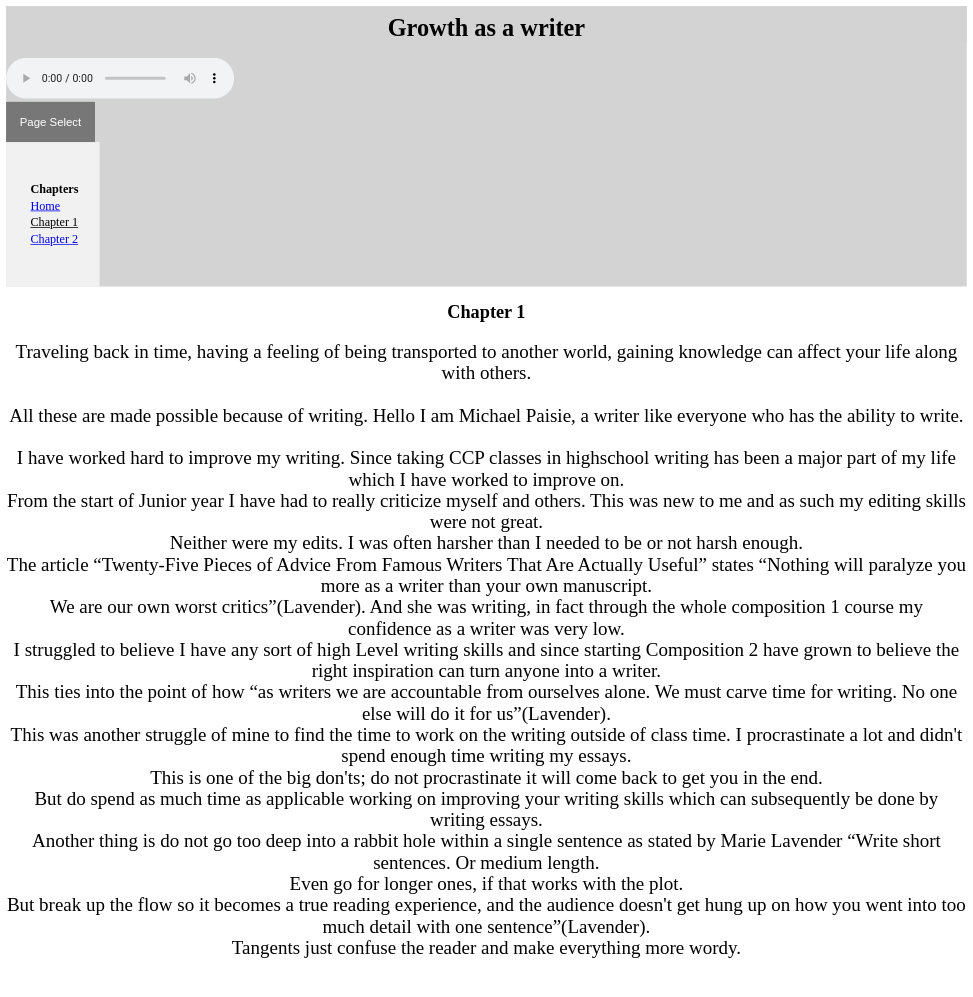
Repository: jpaisiem/WP-4
Page: Chapter1.html
An editor plug-in stored every save of this project. The page is shown before and after a run of saves, followed by the edit.
The browser window is 1280 px wide. The pictures show the whole page, at 76% of full size.

Above is the page before, as saved 2025-05-01 11:37:02.
Console error: TypeError: Cannot read properties of undefined (reading 'toggle')

### Chapter1.html
<!DOCTYPE html>
<html>
<head>
<meta name="viewport" content="width=device-width, initial-scale=1">
<style>
.collapsible {
  background-color: #777;
  color: white;
  cursor: pointer;
  padding: 18px;
  width: fit-content;
  border: none;
  text-align: left;
  outline: none;
  font-size: 15px;
}

.active, .collapsible:hover {
  background-color: #555;
}

.content {
  display: flex;
  flex-direction: column;
  overflow: hidden;
  background-color: #f1f1f1;
  width: fit-content;
  height: fit-content;
  padding-left: 2.3%;
  padding-right: 2%;
}
p
{
 font-size: 25px;
}
</style>
<title>Growth as a writer - Chapter 1</title>
</head>
<body>
    <div style="background-color: lightgray; display: flex; flex-direction: column; margin-top: 0%;">
        <h1 style="text-align: center; background-color: lightgray; padding-top: 10px; margin-top: 0%;">Growth as a writer</h1>
         <div style="align-items: center;">
        <audio controls>
            <source src="audio.mp3" type="audio/mpeg">
        </audio>
        </div>
<button type="button" class="collapsible">Page Select</button>
<div class="content">
  <p><table>
    <tr>
        <th>Chapters</th>
    </tr>
    <tr>
        <td><a href="index.html">Home</a></td>
    </tr>
    <tr>
        <td><a href="Chapter1.html" style="color: black;">Chapter 1</a></td>
    </tr>
     <tr>
        <td><a href="Chapter2.html">Chapter 2</a></td>
    </tr>
  </table></p>
</div>
    </div>
<div style="text-align: center;">
     <h2 style="text-align: center;">Chapter 1</h2>
     <p>Traveling back in time, having a feeling of being transported to another world, gaining knowledge can affect your life along with others. <br><br>
      All these are made possible because of writing. Hello I am Michael Paisie, a writer like everyone who has the ability to write. <br><br>
      I have worked hard to improve my writing. Since taking CCP classes in highschool writing has been a major part of my life which I have worked to improve on. <br>
      From the start of Junior year I have had to really criticize myself and others. This was new to me and as such my editing skills were not great. <br>
      Neither were my edits. I was often harsher than I needed to be or not harsh enough. <br>
      The article <q>Twenty-Five Pieces of Advice From Famous Writers That Are Actually Useful</q> states <q>Nothing will paralyze you more as  a writer than your own manuscript. <br>
      We are our own worst critics</q>(Lavender). And she was writing, in fact through the whole composition 1 course my confidence as a writer was very low. <br>
      I struggled to believe  I have any sort of high Level writing skills and since starting Composition 2 have grown to believe the right inspiration can turn anyone into a writer. <br>
      This ties into the point of how <q>as writers we are accountable from ourselves alone. We must carve time for writing. No one else will do it for us</q>(Lavender). <br>
      This was another struggle of mine to find the time to work on the writing outside of class time. I procrastinate a lot and didn't spend enough time writing my essays. <br>
      This is one of the big don'ts; do not procrastinate it will come back to get you in the end. <br>
      But do spend as much time as applicable working on improving your writing skills which can subsequently be done by writing essays. <br>
      Another thing is do not go too deep into a rabbit hole within a single sentence as stated by Marie Lavender <q>Write short sentences. Or medium length. <br>
      Even go for longer ones, if that works with the plot. <br>
      But break up the flow so it becomes a true reading experience, and the audience doesn't get hung up on how you went into too much detail with one sentence</q>(Lavender). <br>
      Tangents just confuse the reader and make everything more wordy.</p><br>
</div>
<script>
var coll = document.getElementsByClassName("collapsible");
var i;

for (i = 0; i < coll.length; i++) {
  coll[i].addEventListener("click", function() {
    this.classList.toggle("active");
    var content = this.nextElementSibling;
    if (content.style.display === "block") {
      content.style.display = "none";
    } else {
      content.style.display = "block";
    }
  });
}
if(location.reload){
    this.classList.toggle("collapsible");
}
</script>

</body>
</html>

After the next 5 saves:
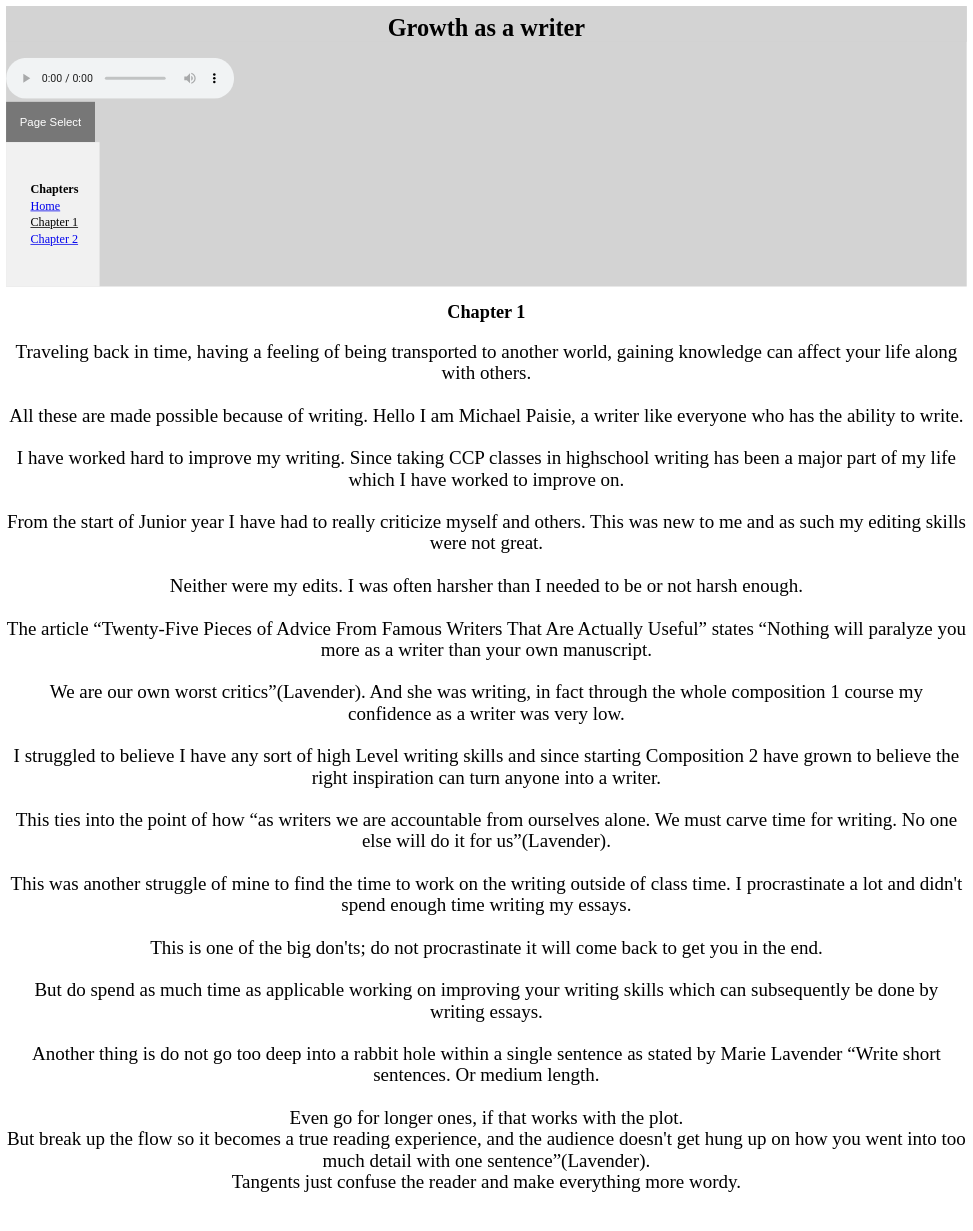
The 5 saves are shown as one change because they came seconds apart.
The last was saved 15 s later.
--- a/Chapter1.html
+++ b/Chapter1.html
@@ -66,17 +66,17 @@ p
      <h2 style="text-align: center;">Chapter 1</h2>
      <p>Traveling back in time, having a feeling of being transported to another world, gaining knowledge can affect your life along with others. <br><br>
       All these are made possible because of writing. Hello I am Michael Paisie, a writer like everyone who has the ability to write. <br><br>
-      I have worked hard to improve my writing. Since taking CCP classes in highschool writing has been a major part of my life which I have worked to improve on. <br>
-      From the start of Junior year I have had to really criticize myself and others. This was new to me and as such my editing skills were not great. <br>
-      Neither were my edits. I was often harsher than I needed to be or not harsh enough. <br>
-      The article <q>Twenty-Five Pieces of Advice From Famous Writers That Are Actually Useful</q> states <q>Nothing will paralyze you more as  a writer than your own manuscript. <br>
-      We are our own worst critics</q>(Lavender). And she was writing, in fact through the whole composition 1 course my confidence as a writer was very low. <br>
-      I struggled to believe  I have any sort of high Level writing skills and since starting Composition 2 have grown to believe the right inspiration can turn anyone into a writer. <br>
-      This ties into the point of how <q>as writers we are accountable from ourselves alone. We must carve time for writing. No one else will do it for us</q>(Lavender). <br>
-      This was another struggle of mine to find the time to work on the writing outside of class time. I procrastinate a lot and didn't spend enough time writing my essays. <br>
-      This is one of the big don'ts; do not procrastinate it will come back to get you in the end. <br>
-      But do spend as much time as applicable working on improving your writing skills which can subsequently be done by writing essays. <br>
-      Another thing is do not go too deep into a rabbit hole within a single sentence as stated by Marie Lavender <q>Write short sentences. Or medium length. <br>
+      I have worked hard to improve my writing. Since taking CCP classes in highschool writing has been a major part of my life which I have worked to improve on. <br><br>
+      From the start of Junior year I have had to really criticize myself and others. This was new to me and as such my editing skills were not great. <br><br>
+      Neither were my edits. I was often harsher than I needed to be or not harsh enough. <br><br>
+      The article <q>Twenty-Five Pieces of Advice From Famous Writers That Are Actually Useful</q> states <q>Nothing will paralyze you more as  a writer than your own manuscript. <br><br>
+      We are our own worst critics</q>(Lavender). And she was writing, in fact through the whole composition 1 course my confidence as a writer was very low. <br><br>
+      I struggled to believe  I have any sort of high Level writing skills and since starting Composition 2 have grown to believe the right inspiration can turn anyone into a writer. <br><br>
+      This ties into the point of how <q>as writers we are accountable from ourselves alone. We must carve time for writing. No one else will do it for us</q>(Lavender). <br><br>
+      This was another struggle of mine to find the time to work on the writing outside of class time. I procrastinate a lot and didn't spend enough time writing my essays. <br><br>
+      This is one of the big don'ts; do not procrastinate it will come back to get you in the end. <br><br>
+      But do spend as much time as applicable working on improving your writing skills which can subsequently be done by writing essays. <br><br>
+      Another thing is do not go too deep into a rabbit hole within a single sentence as stated by Marie Lavender <q>Write short sentences. Or medium length. <br><br>
       Even go for longer ones, if that works with the plot. <br>
       But break up the flow so it becomes a true reading experience, and the audience doesn't get hung up on how you went into too much detail with one sentence</q>(Lavender). <br>
       Tangents just confuse the reader and make everything more wordy.</p><br>
